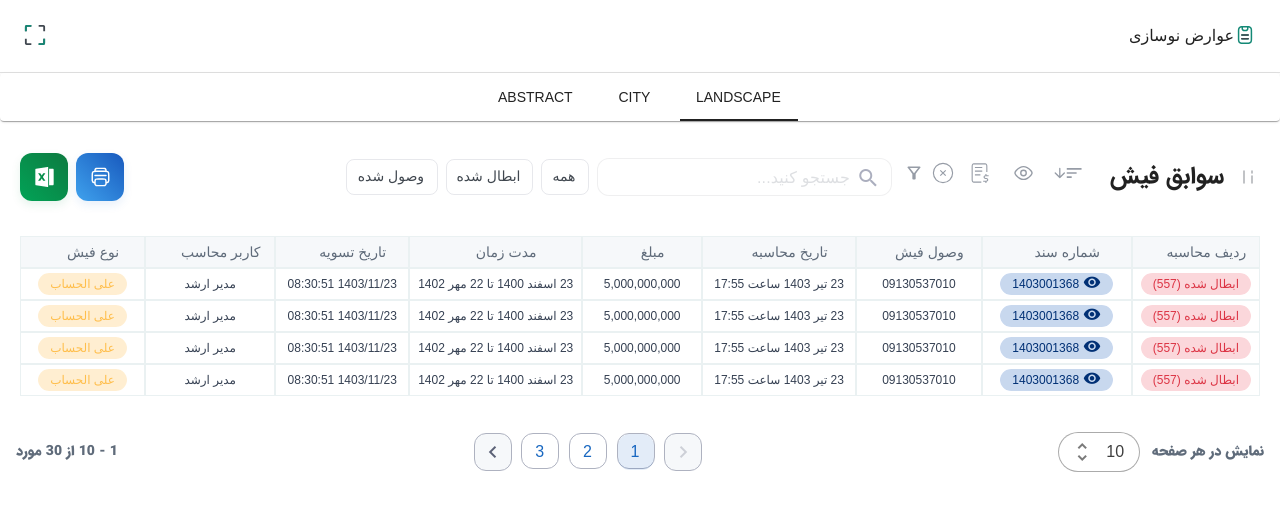
Repository: mobinazarein/data-table
Page: /
These files come from the project's save history. The page is drawn as it stood at one moment and after the next save; the edit follows.
The browser window is 1280 px wide. The pictures show the whole page.
Some web fonts or font styles are not loaded; a fallback is used. The project was rebuilt for these pictures with package versions that can differ from the ones it lists, and the page was loaded fresh each time. Also part of the build but not shown: vue.config.js.

Above is the page before, as saved 2025-03-26 13:44:37.

After the next save:
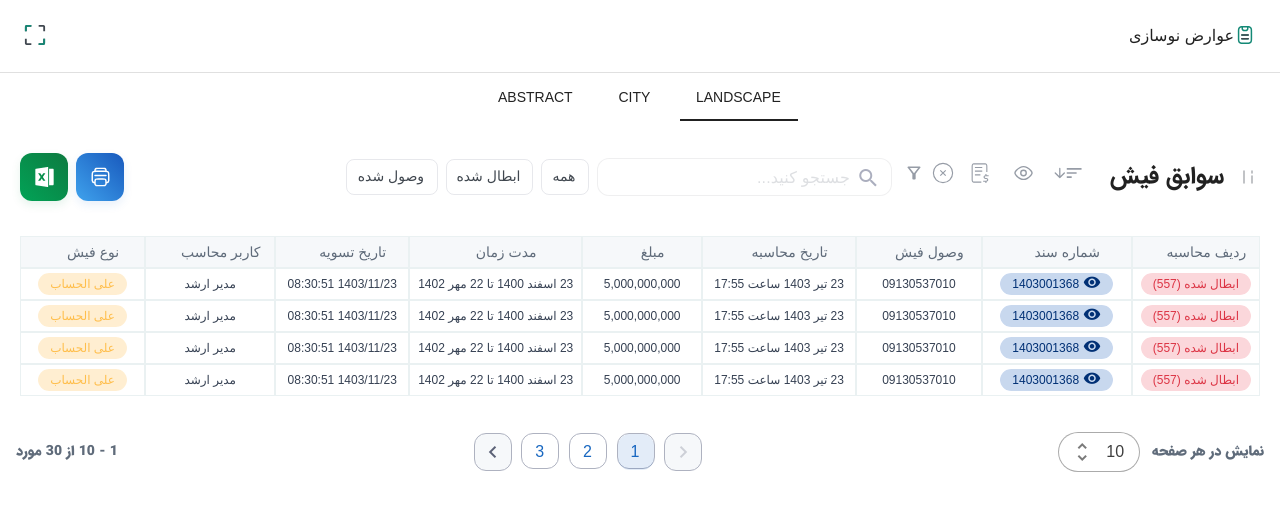
Saved 2 min 12 s later.
--- a/src/layouts/belowHeader.vue
+++ b/src/layouts/belowHeader.vue
@@ -30,7 +30,7 @@ const items = [
   background: linear-gradient(90deg, #148976 0%, #117363 100%);
 }
 </style> -->
-  <v-card>
+  <div>
     <v-row no-gutters justify="center">
       <v-tabs v-model="tab" align-tabs="center">
         <v-tab :value="1">Landscape</v-tab>
@@ -38,7 +38,7 @@ const items = [
         <v-tab :value="3">Abstract</v-tab>
       </v-tabs>
     </v-row>
-  </v-card>
+  </div>
 </template>
 <script setup>
 import { ref } from 'vue';
